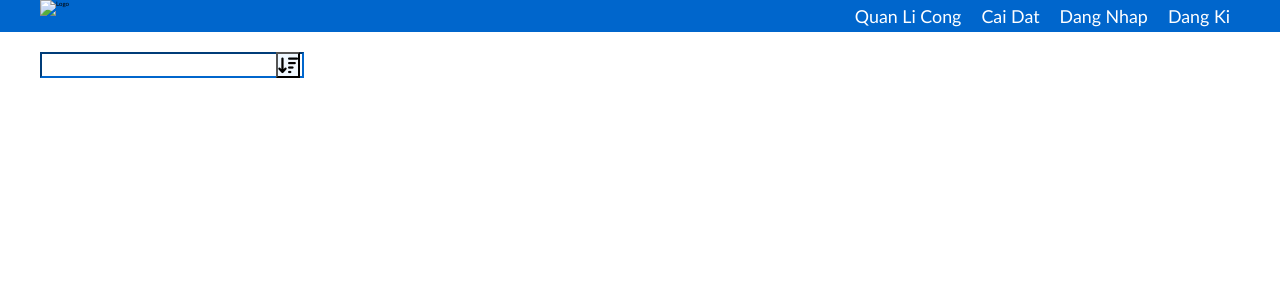
Repository: LDDUNG2003/a
Page: index.html
These files come from the project's save history. The page is drawn as it stood at one moment and after the next save; the edit follows.
The browser window is 1280 px wide. The pictures show the whole page.
Some web libraries are served in a nearby version.

Above is the page before, as saved 2023-10-12 14:31:07.

### index.html
<!DOCTYPE html>
<html lang="en">

<head>
    <meta charset="UTF-8">
    <meta name="viewport" content="width=device-width, initial-scale=1.0">
    <title>Document</title>
    <link rel="stylesheet" href="./controlView/css/base.css">
    <link rel="stylesheet" href="./controlView/css/index.css">
</head>

<body>
    <div class="main">
        <div class="header">
            <div class="navBar">
                <img src="" alt="Logo">
                <ul class="navBar-list">
                    <li class="navBar-list--item">
                        <a href="./" class="navBar-list--link">quan li cong</a>
                    </li>
                    <li class="navBar-list--item">
                        <a href="./" class="navBar-list--link">cai dat</a>
                    </li>
                    <li class="navBar-list--item">
                        <a href="./" class="navBar-list--link">dang nhap</a>
                    </li>
                    <li class="navBar-list--item">
                        <a href="./" class="navBar-list--link">dang ki</a>
                    </li>
                </ul>
            </div>
        </div>
        <div class="content">
            <div class="heading-content">
                <div class="heading-search">
                    <input class="search-input" type="text">
                    <button class="search-btn">
                        <i style="font-size: 1.8rem;" class="fa-solid fa-arrow-down-wide-short" style="color: #eeeeec;"></i>
                    </button>
                </div>
            </div>
        </div>
    </div>
    <script src="https://kit.fontawesome.com/9ffed7d99e.js" crossorigin="anonymous"></script>
</body>

</html>

### controlView/css/base.css
:root {
    --primary-color: #0066cc;
    --text-color: #414141;
}

* {
    padding: 0px;
    margin: 0px;
    font-size: 0.62rem;
    font-family: 'Trebuchet MS', 'Lucida Sans Unicode', 'Lucida Grande', 'Lucida Sans', Arial, sans-serif;
}

.main {
    width: 100%;
    margin: auto;
}

.header {
    width: 100%;
    background-color: var(--primary-color);
}

.navBar {
    width: 100%;
    max-width: 1200px;
    margin: auto;
    display: flex;
    justify-content: space-between;
}

.navBar-list {
    display: flex;
    list-style: none;
    font-size: 1.6rem;
}

.navBar-list--item {}

.navBar-list--link:hover {
    background-color: #fff;
    color: black;
}

.navBar-list--link {
    color: #fff;
    font-size: 1.8rem;
    font-weight: 500;
    text-decoration: none;
    text-transform: capitalize;
    padding: 5px 10px;
    display: block;
}

.content {
    width: 100%;
    max-width: 1200px;
    margin: auto;
    padding-top: 20px;
}

### controlView/css/index.css
.heading-content {
    position: relative;
}

.heading-search {
    width: 260px;
    position: relative;
}

.search-input {
    font-size: 1.6px;
    padding: 10px;
    width: 240px;
    border-color: var(--primary-color);
}

.search-btn {
    background-color: aliceblue;
    font-size: 1.8rem;
    position: absolute;
    top: 0px;
    right: 0px;
}

After the next save:
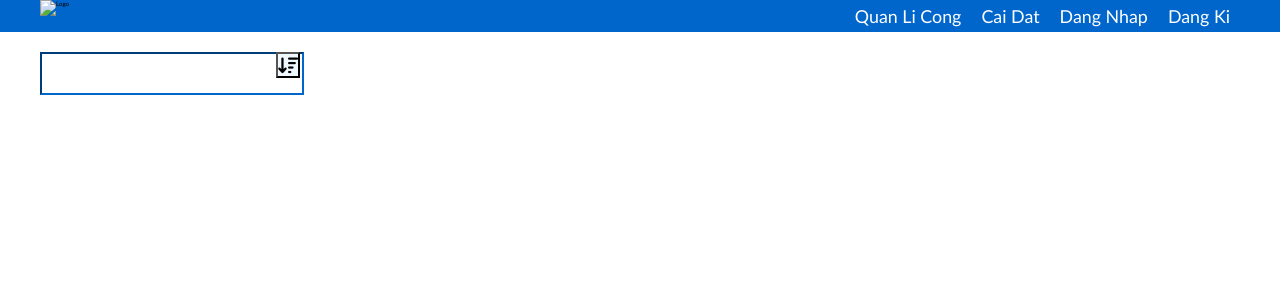
Saved 26 s later.
--- a/controlView/css/index.css
+++ b/controlView/css/index.css
@@ -8,7 +8,7 @@
 }
 
 .search-input {
-    font-size: 1.6px;
+    font-size: 1.6rem;
     padding: 10px;
     width: 240px;
     border-color: var(--primary-color);
